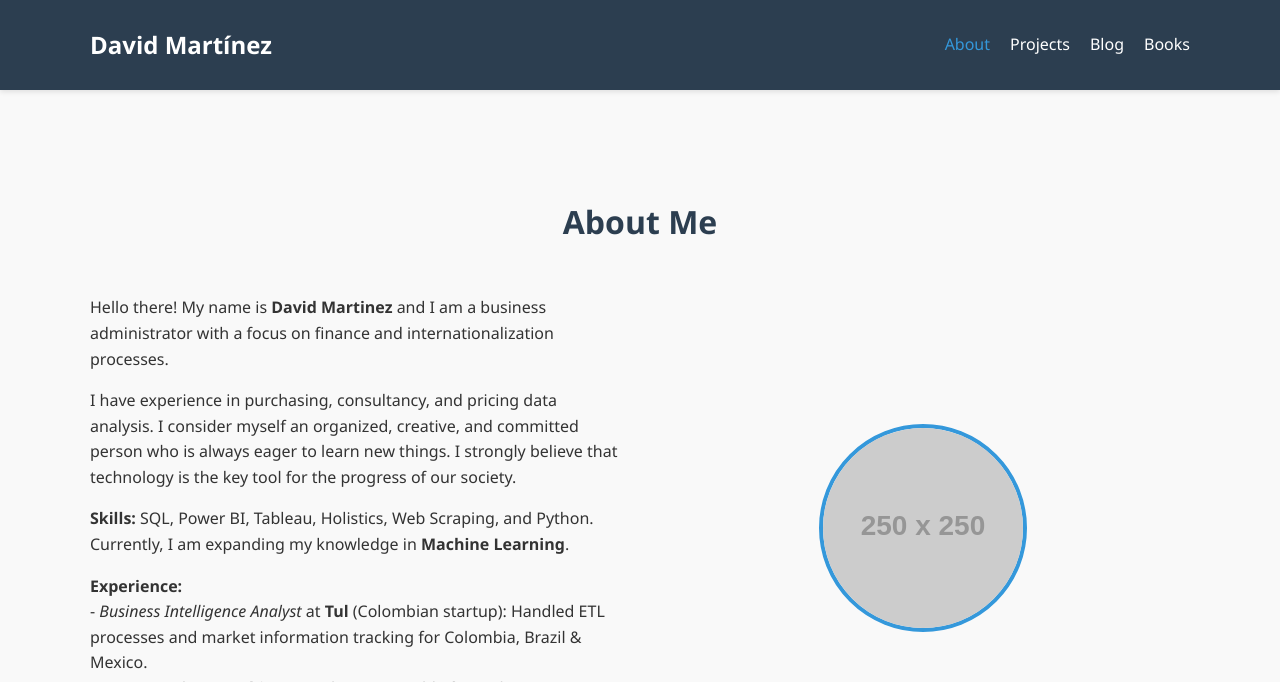
Repository: davidsmv/davidsmv.github.io
Page: index.html
The author's editor kept a copy of each file at every save. The page is drawn from the files as they stood at one save, then again after the next save.
The browser window is 1280 px wide. The pictures show the part of the page from y = 0 to 682 px (the page is 2871 px tall before and 2581 px after).
A picture or video elsewhere on the page could not be fetched, so the positions and the page height are approximate. The page's requests for data from a server got no answer.

Above is the page before, as saved 2026-01-19 17:36:56.

### index.html
<!DOCTYPE html>
<html lang="en">
<head>
    <!-- Google Tag Manager -->
    <script>(function(w,d,s,l,i){w[l]=w[l]||[];w[l].push({'gtm.start':
    new Date().getTime(),event:'gtm.js'});var f=d.getElementsByTagName(s)[0],
    j=d.createElement(s),dl=l!='dataLayer'?'&l='+l:'';j.async=true;j.src=
    'https://www.googletagmanager.com/gtm.js?id='+i+dl;f.parentNode.insertBefore(j,f);
    })(window,document,'script','dataLayer','GTM-K4HP3RM');</script>
    <!-- End Google Tag Manager -->

    <meta charset="UTF-8">
    <meta name="viewport" content="width=device-width, initial-scale=1.0">
    <meta http-equiv="X-UA-Compatible" content="ie=edge">
    <title>David Martínez</title>

    <!-- Link to your new styles -->
    <link rel="stylesheet" href="styles.css">
    <!-- Font Awesome for Icons (Optional but nice) -->
    <link rel="stylesheet" href="https://cdnjs.cloudflare.com/ajax/libs/font-awesome/6.0.0/css/all.min.css">
    <!-- Marked Library for Markdown rendering -->
    <script src="https://cdn.jsdelivr.net/npm/marked/marked.min.js"></script>
</head>
<body>
    <!-- Google Tag Manager (noscript) -->
    <noscript><iframe src="https://www.googletagmanager.com/ns.html?id=GTM-K4HP3RM"
    height="0" width="0" style="display:none;visibility:hidden"></iframe></noscript>
    <!-- End Google Tag Manager (noscript) -->

    <!-- Navigation Header -->
    <header>
        <nav>
            <div class="logo"><a href="index.html" style="color: white; text-decoration: none;">David Martínez</a></div>
            <ul class="nav-links">
                <li><a href="#about" style="color: var(--accent-color);">About</a></li>
                <li><a href="projects.html">Projects</a></li>
                <li><a href="blog.html">Blog</a></li>
                <li><a href="books.html">Books</a></li>
            </ul>
        </nav>
    </header>

    <div class="container">
        <!-- About Section -->
        <section id="about">
            <h2>About Me</h2>
            <div class="about-content">
                <div class="about-text">
                    <p>Hello there! My name is <strong>David Martinez</strong> and I am a business administrator with a focus on finance and internationalization processes.</p>
                    <p>
                        I have experience in purchasing, consultancy, and pricing data analysis. I consider myself an organized, creative, and committed person who is always eager to learn new things.
                        I strongly believe that technology is the key tool for the progress of our society.
                    </p>
                    <p>
                        <strong>Skills:</strong> SQL, Power BI, Tableau, Holistics, Web Scraping, and Python.
                        Currently, I am expanding my knowledge in <strong>Machine Learning</strong>.
                    </p>
                    <p>
                        <strong>Experience:</strong>
                        <br>
                        - <em>Business Intelligence Analyst</em> at <strong>Tul</strong> (Colombian startup): Handled ETL processes and market information tracking for Colombia, Brazil & Mexico.
                        <br>
                        - <em>Pricing Analyst</em> at <strong>Habi</strong> (Proptech): Responsible for real estate pricing models and data analysis.
                    </p>
                    <p>
                        If you'd like to connect, feel free to reach out via <a href="https://www.linkedin.com/in/davidsmv" target="_blank" style="color: var(--accent-color);">LinkedIn</a>.
                    </p>
                </div>
                <!-- Placeholder image - Replace 'profile-placeholder.jpg' with your actual photo file name -->
                <div class="about-image">
                    <img src="https://via.placeholder.com/250" alt="David Martínez" class="profile-pic">
                </div>
            </div>
        </section>

        <!-- Projects Section -->
        <section id="projects">
            <h2>Featured Projects</h2>
            <!-- Empty container for JavaScript to populate -->
            <div class="projects-grid" id="featured-projects">
                <!-- Content will be loaded from scripts.js -->
            </div>
            <div style="text-align: center; margin-top: 2rem;">
                <a href="projects.html" style="background-color: var(--accent-color); color: white; padding: 10px 20px; border-radius: 5px; text-decoration: none; font-weight: bold;">View All Projects</a>
            </div>
        </section>

        <!-- Blog Section -->
        <section id="blog">
            <h2>Latest From the Blog</h2>
            <p style="text-align: center; margin-bottom: 20px;">I write about data analysis, tech, and business.</p>
            <!-- Empty container for JavaScript to populate -->
            <div class="card-list" id="featured-blog">
                <!-- Content will be loaded from scripts.js -->
            </div>
            <div style="text-align: center; margin-top: 2rem;">
                <a href="blog.html" style="background-color: var(--primary-color); color: white; padding: 10px 20px; border-radius: 5px; text-decoration: none; font-weight: bold;">Read More Articles</a>
            </div>
        </section>

        <!-- Books Section (Goodreads) -->
        <section id="books">
            <h2>Recent Read</h2>
            <!-- Empty container for JavaScript to populate -->
            <div class="card-list" id="featured-books">
                <!-- Content will be loaded from scripts.js -->
            </div>
            <div style="text-align: center; margin-top: 2rem;">
                <a href="books.html" style="background-color: var(--primary-color); color: white; padding: 10px 20px; border-radius: 5px; text-decoration: none; font-weight: bold;">See Full Reading List</a>
            </div>
        </section>
    </div>

    <!-- Footer -->
    <footer>
        <p>&copy; 2026 David Martínez. All rights reserved.</p>
        <p>
            <a href="https://github.com/davidsmv" target="_blank"><i class="fab fa-github"></i> GitHub</a>
            <a href="https://www.linkedin.com/in/davidsmv" target="_blank"><i class="fab fa-linkedin"></i> LinkedIn</a>
            <a href="mailto:david-martinezv@hotmail.com"><i class="fas fa-envelope"></i> Email</a>
        </p>
    </footer>

    <!-- Load Data and Render Scripts -->
    <script src="data/projects.js"></script>
    <script src="data/blogs.js"></script>
    <script src="data/books.js"></script>
    <script src="js/scripts.js"></script>
    <script>
        // Render sections with limits for the home page
        renderProjects('featured-projects', 2); // Show top 2 projects
        renderBlogs('featured-blog', 1);        // Show top 1 blog post
        renderBooks('featured-books', 1);       // Show top 1 book
    </script>
</body>
</html>

### styles.css
/* Root variables for easy customization */
:root {
  --primary-color: #2c3e50; /* Dark Blue */
  --accent-color: #3498db;  /* Light Blue */
  --bg-color: #f9f9f9;      /* Light Gray Background */
  --text-color: #333;       /* Dark Text */
  --card-bg: #fff;          /* White Card Background */
  --font-main: 'Segoe UI', Tahoma, Geneva, Verdana, sans-serif;
}

body {
  font-family: var(--font-main);
  background-color: var(--bg-color);
  color: var(--text-color);
  margin: 0;
  padding: 0;
  line-height: 1.6;
}

/* Header & Navigation */
header {
  background-color: var(--primary-color);
  color: #fff;
  padding: 1rem 0;
  position: sticky;
  top: 0;
  z-index: 1000;
  box-shadow: 0 2px 5px rgba(0,0,0,0.1);
}

nav {
  display: flex;
  justify-content: space-between;
  align-items: center;
  max-width: 1100px;
  margin: 0 auto;
  padding: 0 20px;
}

.logo {
  font-size: 1.5rem;
  font-weight: bold;
}

.nav-links {
  list-style: none;
  display: flex;
}

.nav-links li {
  margin-left: 20px;
}

.nav-links a {
  color: #fff;
  text-decoration: none;
  font-weight: 500;
  transition: color 0.3s;
}

.nav-links a:hover {
  color: var(--accent-color);
}

/* Sections */
.container {
  max-width: 1100px;
  margin: 0 auto;
  padding: 2rem 20px;
}

section {
  padding: 3rem 0;
  border-bottom: 1px solid #ddd;
}

section h2 {
  text-align: center;
  margin-bottom: 2rem;
  color: var(--primary-color);
  font-size: 2rem;
}

/* About Section */
.about-content {
  display: flex;
  flex-wrap: wrap;
  align-items: center;
  gap: 2rem;
}

.about-text {
  flex: 1;
  min-width: 300px;
}

.about-image {
  flex: 1;
  text-align: center;
  min-width: 300px;
}

.profile-pic {
  width: 200px;
  height: 200px;
  border-radius: 50%;
  object-fit: cover;
  border: 4px solid var(--accent-color);
}

/* Projects Grid */
.projects-grid {
  display: grid;
  grid-template-columns: repeat(auto-fit, minmax(300px, 1fr));
  gap: 2rem;
}

.project-card {
  background: var(--card-bg);
  padding: 1.5rem;
  border-radius: 8px;
  box-shadow: 0 4px 6px rgba(0,0,0,0.1);
  transition: transform 0.3s ease;
}

.project-card:hover {
  transform: translateY(-5px);
}

.project-card h3 {
  margin-top: 0;
  color: var(--primary-color);
}

/* GitHub Preview Image */
.project-thumb {
  width: 100%;
  height: auto;
  border-radius: 6px;
  margin-bottom: 1rem;
  border: 1px solid #eee;
}

.project-link {
  display: inline-block;
  margin-top: 1rem;
  color: var(--accent-color);
  text-decoration: none;
  font-weight: bold;
}

/* Blog & Books (General Card Style) */
.card-list {
  display: flex;
  flex-direction: column;
  gap: 1.5rem;
}

.list-item {
  background: var(--card-bg);
  padding: 1.5rem;
  border-radius: 8px;
  box-shadow: 0 2px 4px rgba(0,0,0,0.05);
  display: flex;
  justify-content: space-between;
  align-items: center;
}

.list-item a {
  color: var(--accent-color);
  text-decoration: none;
  font-weight: bold;
}

/* Modal specific styles */
.modal {
  display: none;
  position: fixed;
  z-index: 2000;
  padding-top: 100px;
  left: 0;
  top: 0;
  width: 100%;
  height: 100%;
  overflow: auto;
  background-color: rgb(0,0,0);
  background-color: rgba(0,0,0,0.4);
}

.modal-content {
  background-color: #fefefe;
  margin: auto;
  padding: 20px;
  border: 1px solid #888;
  width: 80%;
  max-width: 800px;
  border-radius: 8px;
  position: relative;
  max-height: 80vh;
  overflow-y: auto;
}

.close-modal {
  color: #aaaaaa;
  float: right;
  font-size: 28px;
  font-weight: bold;
  cursor: pointer;
}

.close-modal:hover,
.close-modal:focus {
  color: #000;
  text-decoration: none;
  cursor: pointer;
}

/* Markdown Content Styling within Modal */
.markdown-body {
  font-family: var(--font-main);
  line-height: 1.6;
}
.markdown-body h1, .markdown-body h2, .markdown-body h3 {
  color: var(--primary-color);
  margin-top: 1.5em;
}
.markdown-body code {
  background-color: #f0f0f0;
  padding: 2px 4px;
  border-radius: 4px;
}
.markdown-body pre {
  background-color: #f0f0f0;
  padding: 10px;
  border-radius: 4px;
  overflow-x: auto;
}
.markdown-body img {
  max-width: 100%;
  height: auto;
}

/* Project Preview in Card */
.project-readme-preview {
  margin-top: 10px;
  /* Removed gray background/border for cleaner text look */
  /* background-color: #f4f4f4; */
  /* border: 1px solid #ddd; */
  font-size: 0.95rem; /* Slightly larger for readability */
  color: var(--text-color);

  /* Restrict height to show only the "first part" */
  max-height: 250px; /* Increased slightly */
  overflow: hidden;
  position: relative;
}

.project-readme-preview::after {
  /* Fade out effect at the bottom */
  content: "";
  position: absolute;
  bottom: 0;
  left: 0;
  width: 100%;
  height: 80px; /* Longer fade for smoother transition */
  background: linear-gradient(to bottom, rgba(255,255,255,0), rgba(255,255,255,1));
}

.project-readme-preview img {
  max-width: 100%;
  height: auto;
  border-radius: 4px;
}

.project-readme-preview h1 { font-size: 1.4rem; margin-top: 0; }
.project-readme-preview h2 { font-size: 1.2rem; margin-top: 10px; }
.project-readme-preview h3 { font-size: 1.1rem; }


/* Responsive */
@media (max-width: 768px) {
  nav {
    flex-direction: column;
  }

  .nav-links {
    margin-top: 1rem;
  }

  .nav-links li {
    margin: 0 10px;
  }

  .about-content {
    flex-direction: column-reverse;
    text-align: center;
  }
}

### data/projects.js
const projectsData = [
    {
        title: "Machine Learning Portfolio",
        hideTitle: true,
        description: "A comprehensive collection of my Machine Learning projects and experiments.",
        link: "https://github.com/davidsmv/MachineLearningPortfolio",
        linkText: "View Repository",
        readmeUrl: "https://raw.githubusercontent.com/davidsmv/MachineLearningPortfolio/main/README.md"
    },
    {
        title: "Market Dashboard",
        description: "A dashboard created using Holistics/PowerBI to track market information and support pricing policies.",
        link: "#",
        linkText: "View Project"
    },
    {
        title: "Real Estate Pricing Model",
        description: "Data analysis project using Python to estimate initial and final pricing for real estate assets.",
        link: "#",
        linkText: "View Project"
    },
    {
        title: "Web Scraper",
        description: "A Python script to extract data from various sources for analysis.",
        link: "#",
        linkText: "View Code"
    },
    {
        title: "Sales Forecasting Tool",
        description: "Predicted future sales trends using historical data and regression models in Python.",
        link: "#",
        linkText: "View Project"
    },
    {
        title: "Portfolio Website",
        description: "This very website! Built with HTML, CSS, JavaScript, and hosted on GitHub Pages.",
        link: "#",
        linkText: "View Code"
    }
];

### data/blogs.js
const blogData = [
    {
        title: "Getting started with Machine Learning",
        description: "My journey into ML and what I've learned so far about algorithms and data preparation.",
        date: "Jan 15, 2026",
        link: "https://medium.com/",
        linkText: "Read on Medium"
    },
    {
        title: "Visualizing Data with PowerBI",
        description: "Tips and tricks for creating effective dashboards that drive business decisions.",
        date: "Dec 10, 2025",
        link: "#",
        linkText: "Read Article"
    },
    {
        title: "Why Python is Essential for Finance",
        description: "Automating spreadsheets and financial modeling with Python libraries like Pandas.",
        date: "Nov 22, 2025",
        link: "#",
        linkText: "Read Article"
    },
    {
        title: "The Future of Proptech",
        description: "Reflections on my experience at Habi and how technology is changing real estate.",
        date: "Oct 05, 2025",
        link: "#",
        linkText: "Read Article"
    }
];

### data/books.js
const bookData = [
    {
        goodreadsHtml: `<a href="https://www.goodreads.com/book/show/142696730-streamlit-for-data-science" style="float: left; padding-right: 20px"><img border="0" alt="Streamlit for Data Science: Create interactive data apps in Python" src="https://i.gr-assets.com/images/S/compressed.photo.goodreads.com/books/1682602164l/142696730._SX98_.jpg" /></a><a href="https://www.goodreads.com/book/show/142696730-streamlit-for-data-science">Streamlit for Data Science: Create interactive data apps in Python</a> by <a href="https://www.goodreads.com/author/show/17577921.Tyler_Richards">Tyler Richards</a><br/>
My rating: <a href="https://www.goodreads.com/review/show/6283426081">4 of 5 stars</a><br /><br />
I have read this book, and I really recommend it to learn the main tools to use Streamlit in the best way. The book covers topics that I will use in real life. However, at the end I would like more success stories of how Streamlit is used in different contexts.
<br/><br/>
<a href="https://www.goodreads.com/review/list/112709167-david-mart-nez">View all my reviews</a>`

    },
    {
        goodreadsHtml: `<a href="https://www.goodreads.com/book/show/370523.Cien_a_os_de_soledad" style="float: left; padding-right: 20px"><img border="0" alt="Cien años de soledad" src="https://i.gr-assets.com/images/S/compressed.photo.goodreads.com/books/1347626503l/370523._SY160_.jpg" /></a><a href="https://www.goodreads.com/book/show/370523.Cien_a_os_de_soledad">Cien años de soledad</a> by <a href="https://www.goodreads.com/author/show/13450.Gabriel_Garc_a_M_rquez">Gabriel García Márquez</a><br/>
My rating: <a href="https://www.goodreads.com/review/show/6917179766">5 of 5 stars</a><br /><br />
Esta es mi segunda lectura de este libro; la primera fue en el colegio, cuando era un poco menos maduro que ahora. Hoy lo veo desde una perspectiva distinta y noto cómo la política es tan trascendental en nuestra vida, aunque muchas veces ni siquiera nos damos cuenta de ello. También observo cómo moldea la vida de la mayoría de los personajes, no solo la del coronel. Además, percibo cómo la vida sigue su curso: cada personaje cumple su papel en su momento, y la historia continúa y continúa. Esto me lleva a la reflexión de que, a veces, la vida se trata precisamente de eso: de hacer nuestra parte para que las generaciones futuras sigan construyendo.<br /><br />Lo volveré a leer una tercera vez, sin duda. Es una obra de arte.
<br/><br/>
<a href="https://www.goodreads.com/review/list/112709167-david-mart-nez">View all my reviews</a>`
    },
    {
        title: "How to Avoid a Climate Disaster",
        author: "Bill Gates",
        review: "How to Avoid a Climate Disaster was a good book that helped me to have a better view of the climate problem. I can understand the key factors that make this problem worse and learned what society and I can do to achieve the goal of zero carbon emissions. I would highly recommend it.",
        rating: "4/5 stars",
        link: "https://www.goodreads.com/book/show/52275335-how-to-avoid-a-climate-disaster",
        linkText: "View on Goodreads"
    },
    {
        title: "Atomic Habits",
        author: "James Clear",
        review: "A fantastic guide on how small changes can lead to remarkable results. Essential reading for personal growth.",
        rating: "5/5 stars",
        link: "https://www.goodreads.com/",
        linkText: "View on Goodreads"
    },
    {
        title: "Clean Code",
        author: "Robert C. Martin",
        review: "Helped me understand the importance of writing readable and maintainable software.",
        rating: "5/5 stars",
        link: "https://www.goodreads.com/",
        linkText: "View on Goodreads"
    }
];

### js/scripts.js
// ============================================
// LOGIC SECTION - DO NOT EDIT UNLESS NECESSARY
// ============================================

// Helper function to fetch and render README
async function loadReadme(url, elementId) {
    const element = document.getElementById(elementId);
    if (!element) return;

    try {
        const response = await fetch(url);
        if (!response.ok) throw new Error("Failed to load");
        const text = await response.text();

        // Use marked to parse, or fallback to text
        if (typeof marked !== 'undefined') {
            element.innerHTML = marked.parse(text);
        } else {
            element.innerText = text;
        }
    } catch (error) {
        element.innerHTML = `<small style="color: #666;">Preview not available (${error.message})</small>`;
    }
}

function renderProjects(containerId, limit = null) {
    const container = document.getElementById(containerId);
    if (!container) return;

    // Use projectsData from data/projects.js
    const dataToRender = limit ? projectsData.slice(0, limit) : projectsData;

    container.innerHTML = dataToRender.map((project, index) => {
        // Create unique ID for the readme container
        const readmeId = `readme-${containerId}-${index}`;

        // Auto-detect GitHub image
        let imageUrl = project.imageUrl;
        if (!imageUrl && project.link && project.link.includes('github.com')) {
             const match = project.link.match(/github\.com\/([^\/]+)\/([^\/]+)/);
             if (match) {
                 // OpenGraph dynamic image
                 imageUrl = `https://opengraph.githubassets.com/1/${match[1]}/${match[2]}`;
             }
        }

        let imageHtml = '';
        if (imageUrl) {
            imageHtml = `<img src="${imageUrl}" alt="${project.title} Preview" class="project-thumb" loading="lazy">`;
        }

        let contentSection = '';

        if (project.readmeUrl) {
            // IF we have a README, we use it as the description
            contentSection = `
                <div id="${readmeId}" class="project-readme-preview">
                    Loading description...
                </div>
                <div style="margin-top: 15px; text-align: center;">
                     <a href="${project.link}" class="project-link" target="_blank">Continue reading on GitHub &rarr;</a>
                </div>
            `;
            // Trigger fetch
            setTimeout(() => loadReadme(project.readmeUrl, readmeId), 0);
        } else {
            // Fallback to manual description
            contentSection = `
                <p>${project.description}</p>
                <div style="margin-top: 15px;">
                    <a href="${project.link}" class="project-link">${project.linkText} &rarr;</a>
                </div>
            `;
        }

        return `
        <div class="project-card">
            ${imageHtml}
            ${project.hideTitle ? '' : `<h3>${project.title}</h3>`}
            ${contentSection}
        </div>
    `}).join('');
}

function renderBlogs(containerId, limit = null) {
    const container = document.getElementById(containerId);
    if (!container) return;

    // Use blogData from data/blogs.js
    const dataToRender = limit ? blogData.slice(0, limit) : blogData;

    container.innerHTML = dataToRender.map(post => `
        <div class="list-item">
            <div>
                <h3>${post.title}</h3>
                <p>${post.description}</p>
                <small>Published on ${post.date}</small>
            </div>
            <a href="${post.link}" target="_blank">${post.linkText} <i class="fas fa-external-link-alt"></i></a>
        </div>
    `).join('');
}

function renderBooks(containerId, limit = null) {
    const container = document.getElementById(containerId);
    if (!container) return;

    // Use bookData from data/books.js
    const dataToRender = limit ? bookData.slice(0, limit) : bookData;

    container.innerHTML = dataToRender.map(book => {
        if (book.goodreadsHtml) {
            return `
                <div class="list-item" style="display: block; overflow: auto;">
                    ${book.goodreadsHtml}
                </div>
            `;
        }
        return `
            <div class="list-item">
                <div>
                    <h3>${book.title}</h3>
                    <p><strong>Author:</strong> ${book.author}</p>
                    <p><em>"${book.review}"</em></p>
                    ${book.rating ? `<p><strong>Rating:</strong> ${book.rating}</p>` : ''}
                </div>
            </div>
        `;
    }).join('');
}

// Function to fetch and render the local PROFILE.md
async function loadProfile(elementId) {
    // Defaults to data/PROFILE.md
    const url = 'data/PROFILE.md';
    await loadReadme(url, elementId);
}

After the next save:
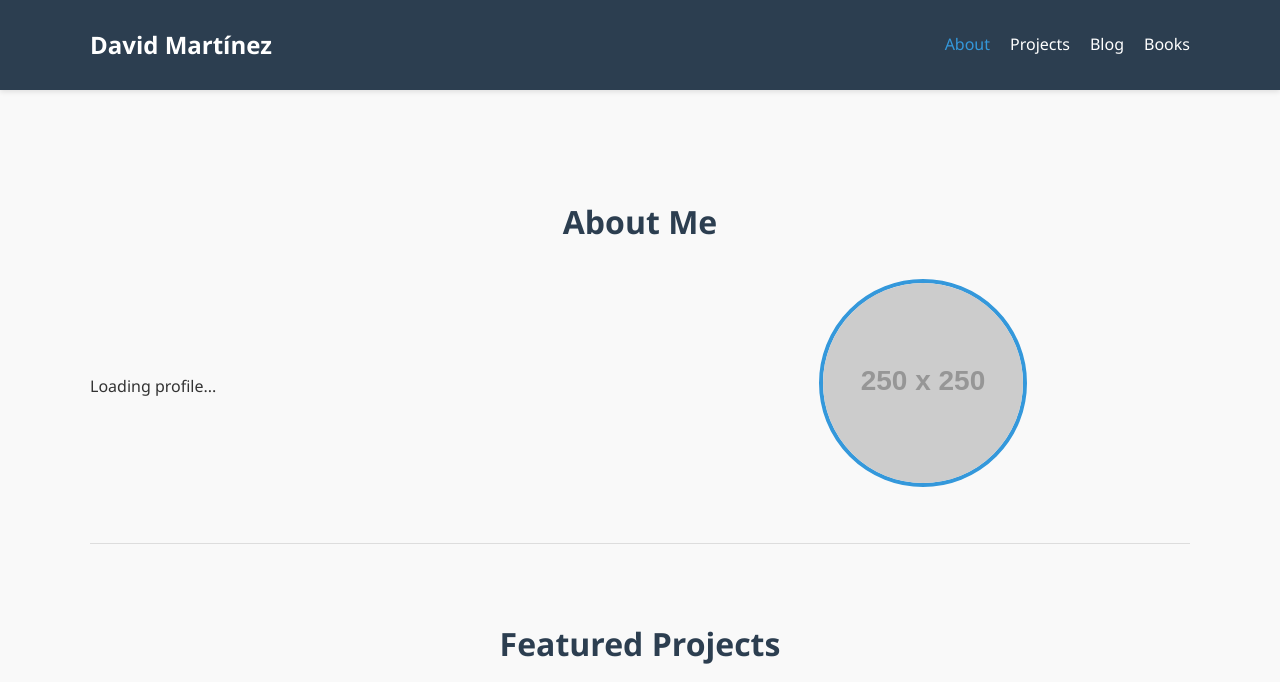
Saved 47 s later.
--- a/index.html
+++ b/index.html
@@ -45,26 +45,8 @@
         <section id="about">
             <h2>About Me</h2>
             <div class="about-content">
-                <div class="about-text">
-                    <p>Hello there! My name is <strong>David Martinez</strong> and I am a business administrator with a focus on finance and internationalization processes.</p>
-                    <p>
-                        I have experience in purchasing, consultancy, and pricing data analysis. I consider myself an organized, creative, and committed person who is always eager to learn new things.
-                        I strongly believe that technology is the key tool for the progress of our society.
-                    </p>
-                    <p>
-                        <strong>Skills:</strong> SQL, Power BI, Tableau, Holistics, Web Scraping, and Python.
-                        Currently, I am expanding my knowledge in <strong>Machine Learning</strong>.
-                    </p>
-                    <p>
-                        <strong>Experience:</strong>
-                        <br>
-                        - <em>Business Intelligence Analyst</em> at <strong>Tul</strong> (Colombian startup): Handled ETL processes and market information tracking for Colombia, Brazil & Mexico.
-                        <br>
-                        - <em>Pricing Analyst</em> at <strong>Habi</strong> (Proptech): Responsible for real estate pricing models and data analysis.
-                    </p>
-                    <p>
-                        If you'd like to connect, feel free to reach out via <a href="https://www.linkedin.com/in/davidsmv" target="_blank" style="color: var(--accent-color);">LinkedIn</a>.
-                    </p>
+                <div class="about-text" id="about-container">
+                    <p>Loading profile...</p>
                 </div>
                 <!-- Placeholder image - Replace 'profile-placeholder.jpg' with your actual photo file name -->
                 <div class="about-image">
